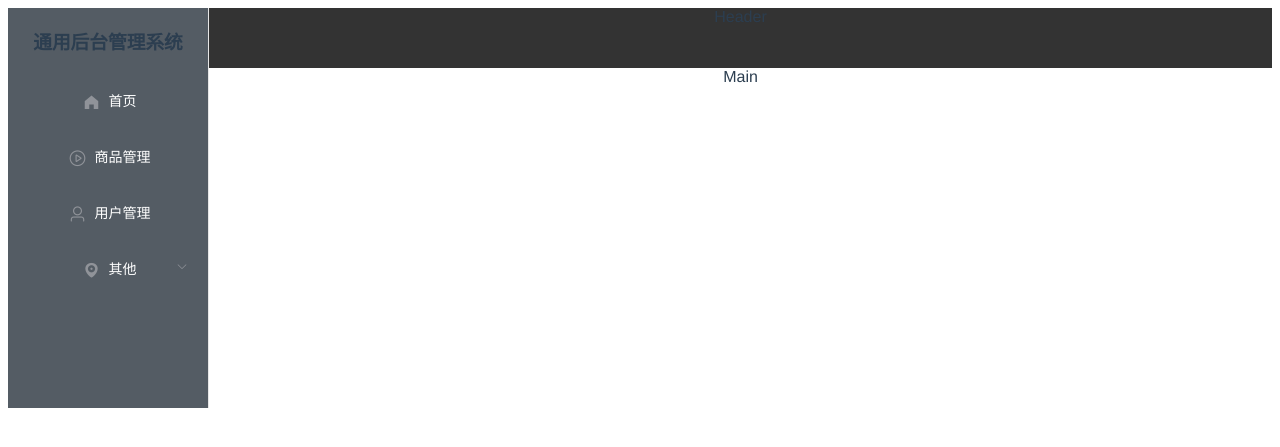
Repository: 385841539/VueStudy
Page: / (app in vue_cli/)
These files come from the project's save history. The page is drawn as it stood at one moment and after the next save; the edit follows.
The browser window is 1280 px wide. The pictures show the whole page.
The project was rebuilt for these pictures with package versions that can differ from the ones it lists, and the page was loaded fresh each time. Also part of the build but not shown: vue_cli/vue.config.js.

Above is the page before, as saved 2022-01-12 16:34:23.

After the next save:
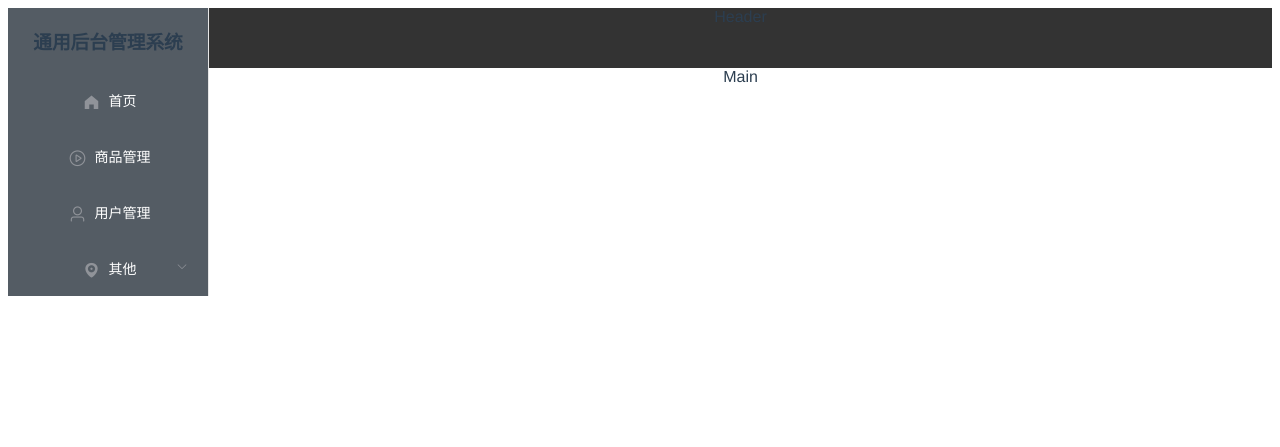
Saved 2 min 45 s later.
--- a/vue_cli/src/components/CommonAside.vue
+++ b/vue_cli/src/components/CommonAside.vue
@@ -45,7 +45,7 @@
 <style>
 .el-menu-vertical-demo:not(.el-menu--collapse) {
   width: 200px;
-  min-height: 400px;
+  height: 100%;
 }
 </style>
 

After the save that followed:
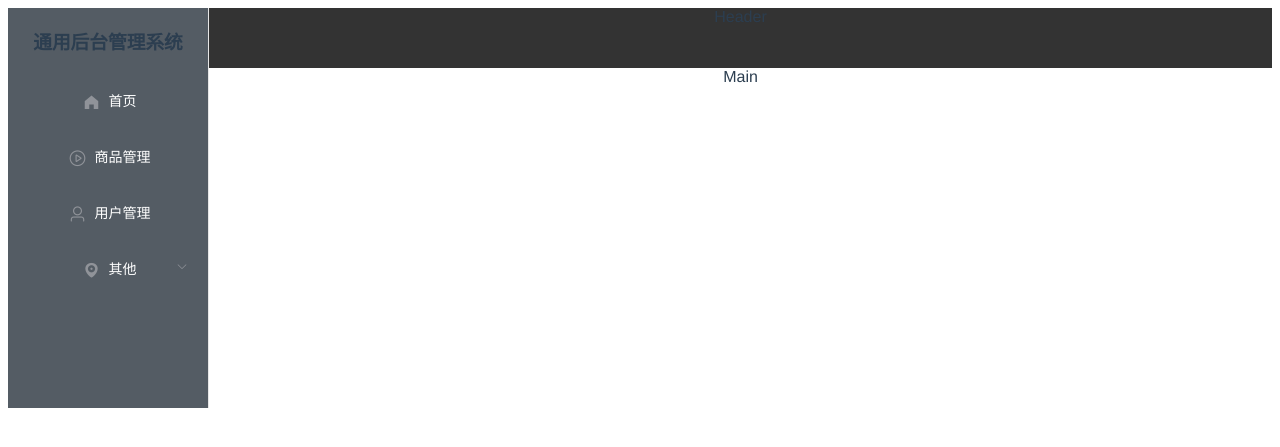
Saved 23 s later.
--- a/vue_cli/src/components/CommonAside.vue
+++ b/vue_cli/src/components/CommonAside.vue
@@ -46,6 +46,10 @@
 .el-menu-vertical-demo:not(.el-menu--collapse) {
   width: 200px;
   height: 100%;
+  min-height: 400px;
+}
+.el-menu-item {
+  align-content: flex-start;
 }
 </style>
 
